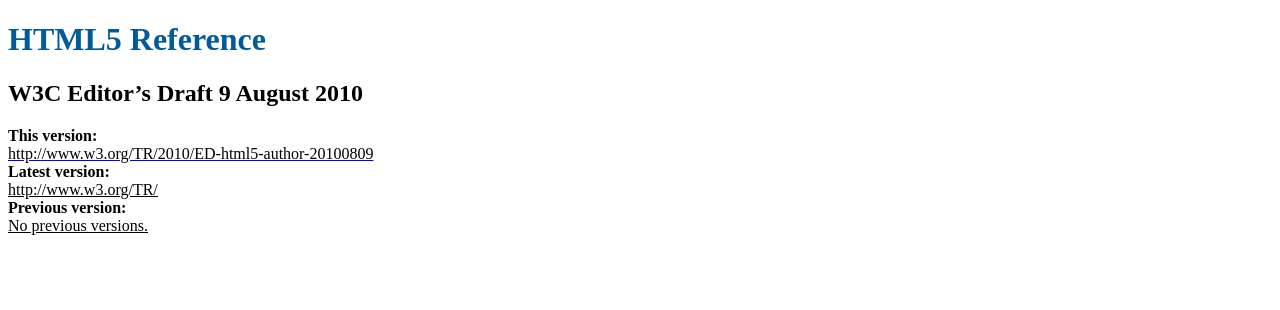
Repository: Hwang-97/HhwDesktop
Page: client/ClientTest/src/main/webapp/html/question/list/q1.html
These files come from the project's save history. The page is drawn as it stood at one moment and after the next save; the edit follows.
The browser window is 1280 px wide. The pictures show the whole page.

Above is the page before, as saved 2021-12-09 10:47:32.

### client/ClientTest/src/main/webapp/html/question/list/q1.html
<!DOCTYPE html>
<html>
<head>
<meta charset="UTF-8">
<title>Q1</title>
</head>
<body>
<h1><font color = "005A9C">HTML5 Reference</font></h1>
<h2>W3C Editor’s Draft 9 August 2010</h2>
<strong>This version:</strong><br>
<a href="http://www.w3.org/TR/2010/ED-html5-author-20100809">
<font color ="000000">http://www.w3.org/TR/2010/ED-html5-author-20100809
</font>
</a><br>
<strong>Latest version:</strong><br>
<a href="http://www.w3.org/TR/">
<font color ="000000"><u>http://www.w3.org/TR/</u></font>
</a><br>
<strong>Previous version:</strong><br>
<a href="No previous versions.">
<font color ="000000"><u>No previous versions.</u></font>
</a>
</body>
</html>

After the next save:
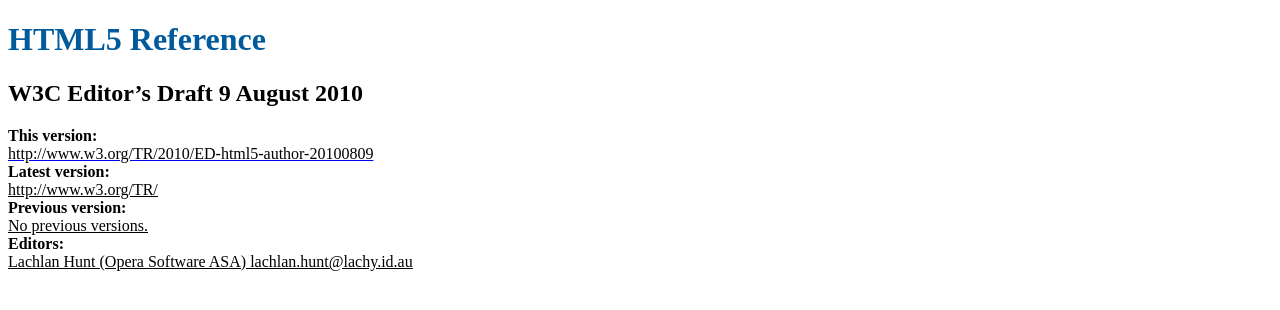
Saved 68 s later.
--- a/client/ClientTest/src/main/webapp/html/question/list/q1.html
+++ b/client/ClientTest/src/main/webapp/html/question/list/q1.html
@@ -12,13 +12,22 @@
 <font color ="000000">http://www.w3.org/TR/2010/ED-html5-author-20100809
 </font>
 </a><br>
+
 <strong>Latest version:</strong><br>
 <a href="http://www.w3.org/TR/">
 <font color ="000000"><u>http://www.w3.org/TR/</u></font>
 </a><br>
+
 <strong>Previous version:</strong><br>
 <a href="No previous versions.">
 <font color ="000000"><u>No previous versions.</u></font>
-</a>
+</a><br>
+
+<strong>Editors:</strong><br>
+<a href="Lachlan Hunt (Opera Software ASA) lachlan.hunt@lachy.id.au">
+<font color ="000000"><u>Lachlan Hunt (Opera Software ASA) lachlan.hunt@lachy.id.au</u></font>
+</a><br>
+
+
 </body>
 </html>
